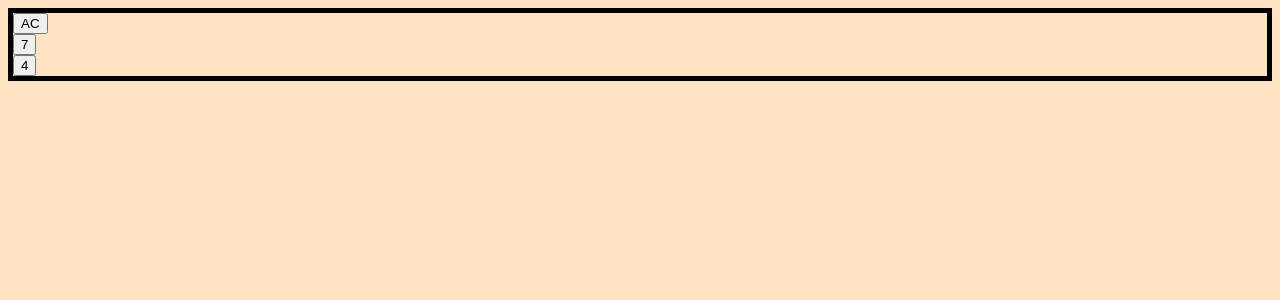
Repository: noahcallen/LAB-calculator
Page: index.html
An editor plug-in stored every save of this project. The page is shown before and after the next save, followed by the edit.
The browser window is 1280 px wide. The pictures show the whole page.

Above is the page before, as saved 2024-07-09 21:23:23.

After the next save:
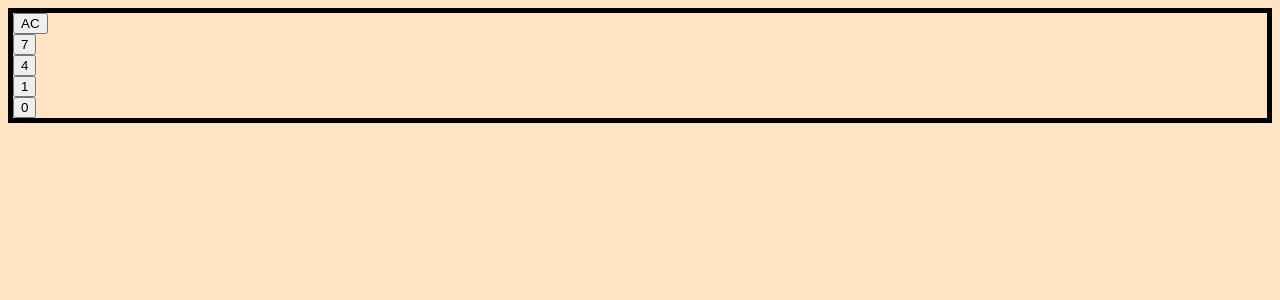
Saved 46 s later.
--- a/index.html
+++ b/index.html
@@ -23,6 +23,15 @@
       <div class="button3">
         <button class="btn btn-primary" type="submit">4</button>
       </div>
+
+      <div class="button4">
+        <button class="btn btn-primary" type="submit">1</button>
+      </div>
+
+      <div class="button5">
+        <button class="btn btn-primary" type="submit">0</button>
+      </div>
+
     </div>
 
 
